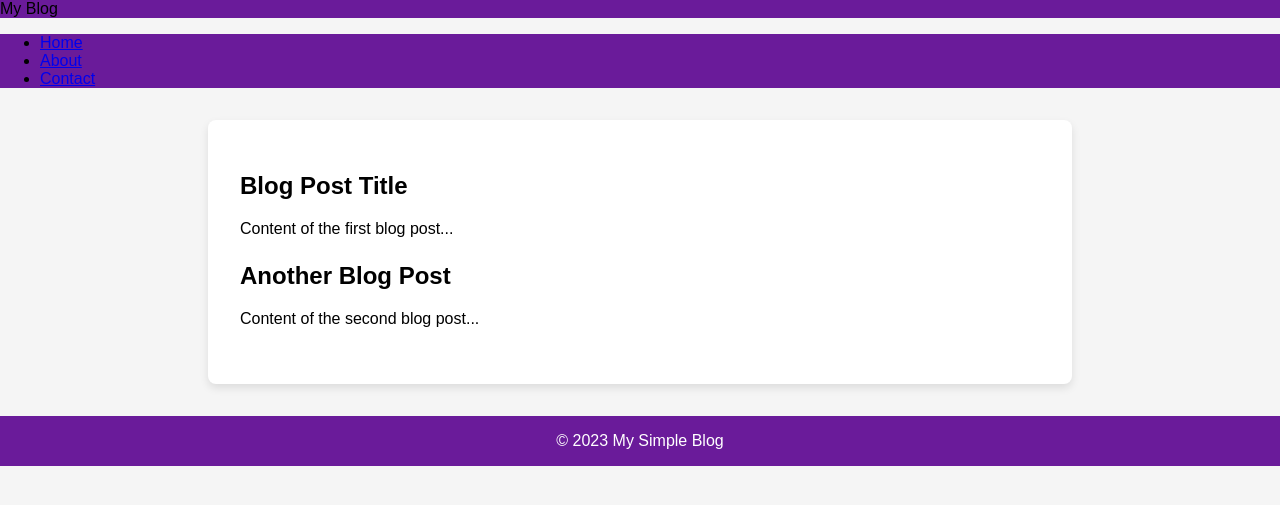
Repository: Femi007-gh/BLOG
Page: index.html
An editor plug-in stored every save of this project. The page is shown before and after the next save, followed by the edit.
The browser window is 1280 px wide. The pictures show the whole page.

Above is the page before, as saved 2025-01-08 09:27:20.

### index.html
<html>
  <head>
    <title>My Blog</title>
    <link rel="stylesheet" href="style.css">
  </head>
  <body>
    <header>My Blog</header>
    <nav>
      <ul>
        <li><a href="#">Home</a></li>
        <li><a href="#">About</a></li>
        <li><a href="#">Contact</a></li>
      </ul>
    </nav>
    <div class="container">
      <div class="blog-post">
        <h2>Blog Post Title</h2>
        <p>Content of the first blog post...</p>
      </div>
      <div class="blog-post">
        <h2>Another Blog Post</h2>
        <p>Content of the second blog post...</p>
      </div>
    </div>
    <footer>
      &copy; 2023 My Simple Blog
    </footer>
  </body>
  </html>

### style.css
body {
  margin: 0;
  font-family: Arial;
  background-color: #f5f5f5;
}

header {
  background-color: #6a1b9a;

}

nav {
  background-color: #6a1b9a;

}




.container {
  margin: 2rem auto;
  max-width: 800px;
  background-color: white;
  border-radius: 8px;
  padding: 2rem;
  box-shadow: 0 4px 8px rgba(0, 0, 0, 0.1);
}

.blog-post {
  margin-bottom: 1.5rem;
}

footer {
  background-color: #6a1b9a;
  color: white;
  text-align: center;
  padding: 1rem 0;
  margin-top: 2rem;
}

After the next save:
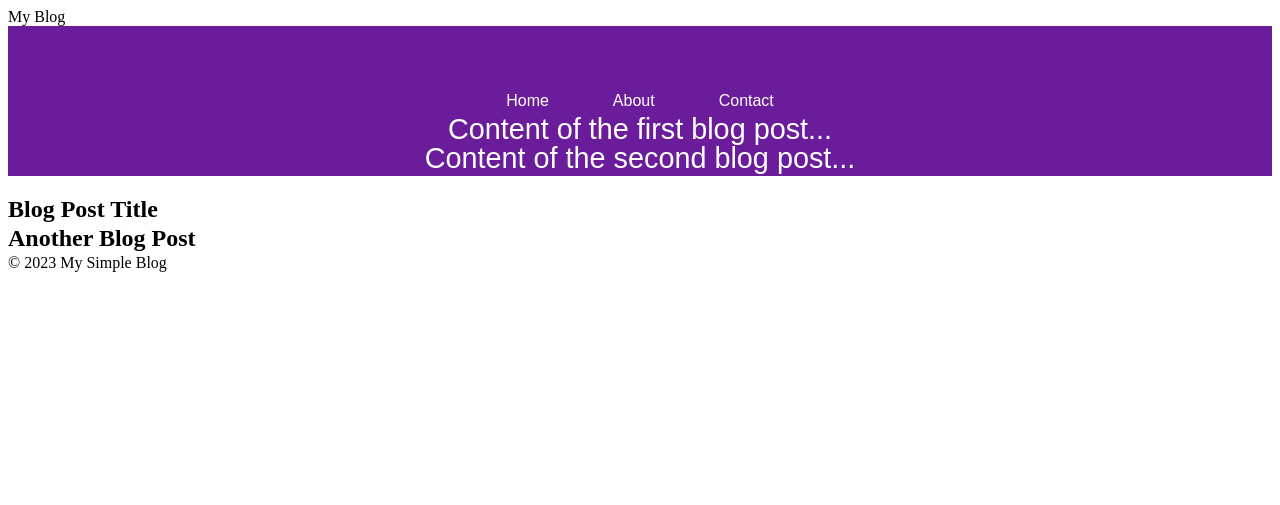
Saved 18 s later.
--- a/style.css
+++ b/style.css
@@ -1,39 +1,37 @@
-body {
-  margin: 0;
-  font-family: Arial;
-  background-color: #f5f5f5;
-}
+nav {
+      background-color: 6B1C9B;
+      height: 150px;
+      flex-direction: column;
+      display: flex;
+      justify-content: center;
+      align-items: center;
+    }
 
-header {
-  background-color: #6a1b9a;
+    ul {
+      list-style: none;
+      margin-top: 1rem;
+      padding: -0;
+      display: flex;
+      justify-content: center;
+    }
 
-}
+    li {
+      margin: 0 1rem;
+    }
 
-nav {
-  background-color: #6a1b9a;
+    a {
+      color: white;
+      text-decoration: none;
+      font-family: Arial, sans-serif;
+      padding: 1rem;
+      display: block;
+      font-size:
+    }
 
-}
-
-
-
-
-.container {
-  margin: 2rem auto;
-  max-width: 800px;
-  background-color: white;
-  border-radius: 8px;
-  padding: 2rem;
-  box-shadow: 0 4px 8px rgba(0, 0, 0, 0.1);
-}
-
-.blog-post {
-  margin-bottom: 1.5rem;
-}
-
-footer {
-  background-color: #6a1b9a;
-  color: white;
-  text-align: center;
-  padding: 1rem 0;
-  margin-top: 2rem;
-}
+    p {
+      margin-top: -130px;
+      font-size: 1.8rem;
+      font-family: Arial;
+      text-align: center;
+      color: white;
+    }
